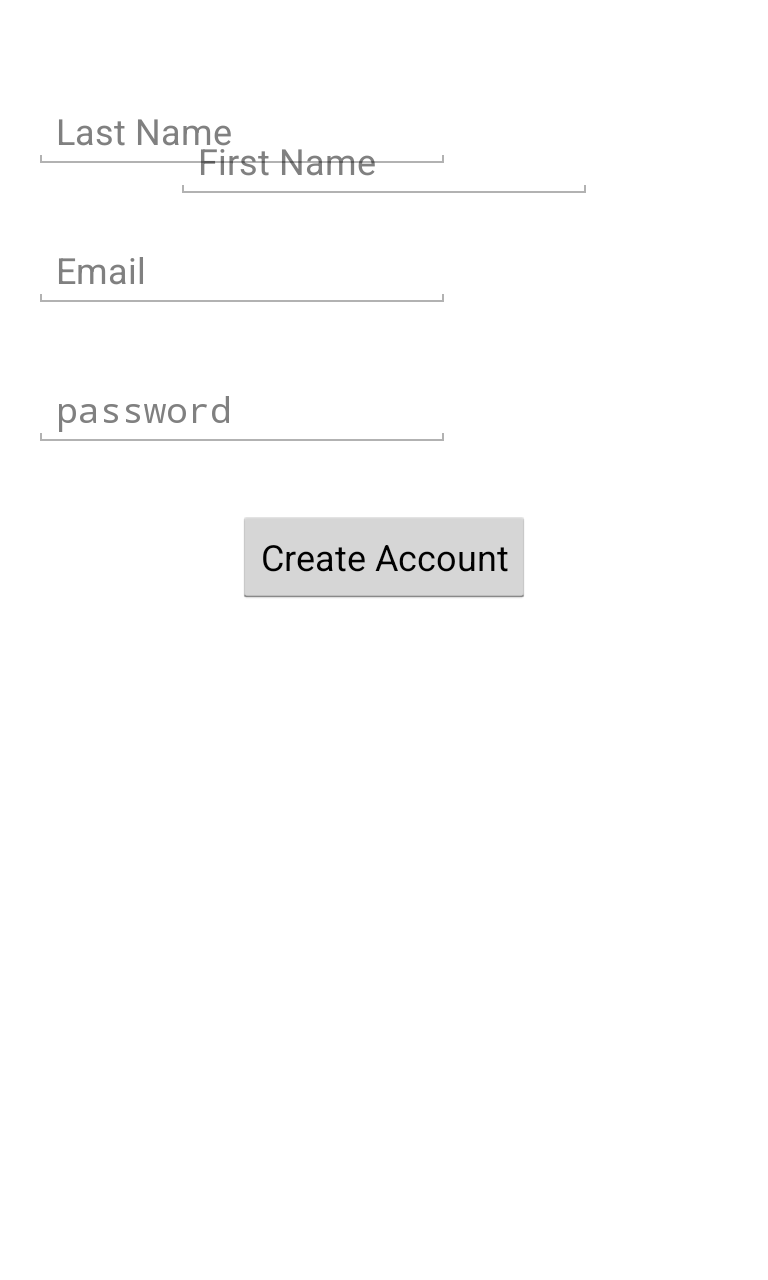
Repository: NarenPamza/Android_Template
Layout: LastNightParty/res/layout/activity_create_new_account.xml
An editor plug-in stored every save of this project. The layout is shown before and after the next save, followed by the edit.
It is drawn on a 768 x 1280 px phone screen (xhdpi) without system bars, with theme AppTheme; the app's code is not run. The app's manifest (not shown) leaves right-to-left support off. So textAlignment, textDirection and layoutDirection are ignored, and left and right values win over start and end ones.

Above is the layout before, as saved 2015-12-25 14:57:45.

After the next save:
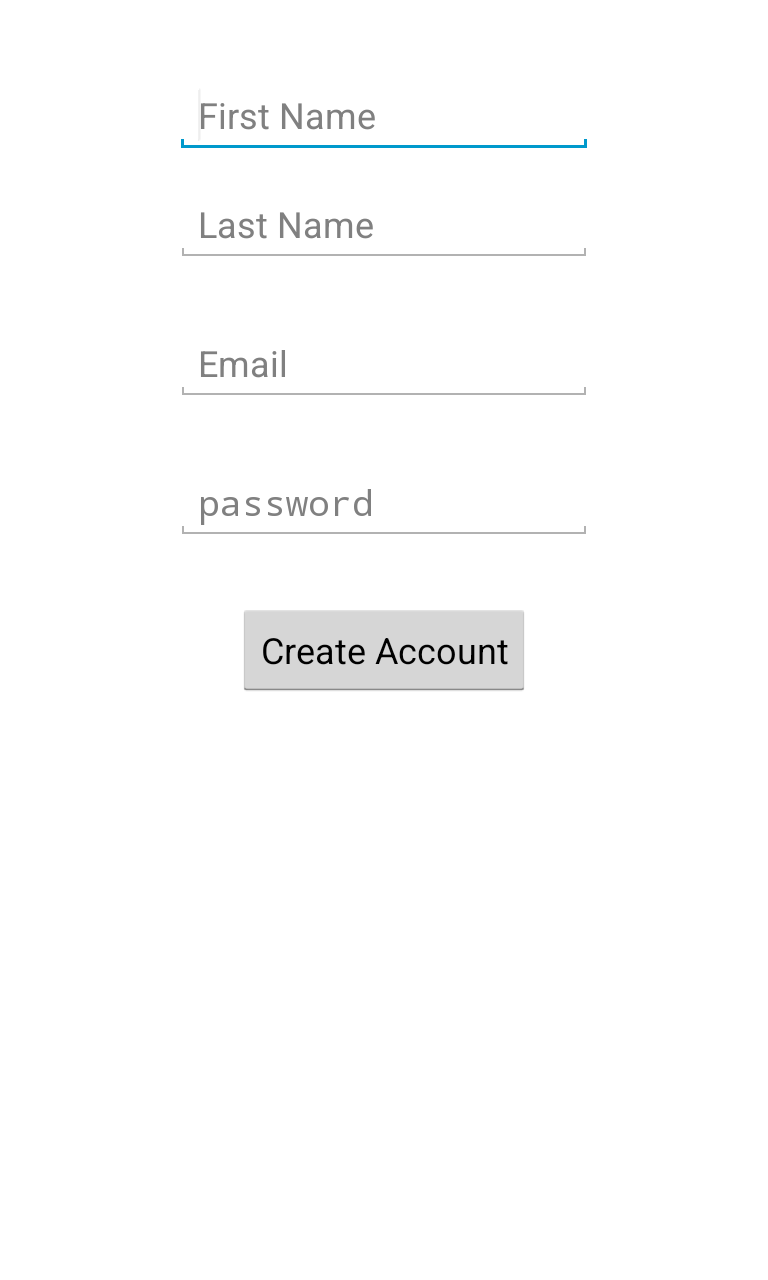
Saved 60 s later.
--- a/LastNightParty/res/layout/activity_create_new_account.xml
+++ b/LastNightParty/res/layout/activity_create_new_account.xml
@@ -7,27 +7,6 @@
     android:paddingRight="@dimen/activity_horizontal_margin"
     android:paddingTop="@dimen/activity_vertical_margin"
     tools:context="com.androidParty.lastnightparty.CreateNewAccountActivity" >
-
-    <EditText
-        android:id="@+id/first_name"
-        android:layout_width="wrap_content"
-        android:layout_height="wrap_content"
-        android:layout_alignParentTop="true"
-        android:layout_centerHorizontal="true"
-        android:layout_marginTop="45dp"
-        android:ems="10"
-        android:hint="@string/firstname"
-        android:inputType="textPersonName" />
-
-    <EditText
-        android:id="@+id/editText2"
-        android:layout_width="wrap_content"
-        android:layout_height="wrap_content"
-        android:layout_marginTop="30dp"
-        android:hint="@string/last_name"
-        android:ems="10"
-        android:inputType="textPersonName"
-        android:labelFor="@+id/editText2" />
 
     <EditText
         android:id="@+id/editText3"
@@ -62,4 +41,31 @@
         android:layout_centerHorizontal="true"
         android:layout_marginTop="30dp"
         android:text="@string/create_account" />
+
+    <EditText
+        android:id="@+id/first_name"
+        android:layout_width="wrap_content"
+        android:layout_height="wrap_content"
+        android:layout_alignParentTop="true"
+        android:layout_centerHorizontal="true"
+        android:layout_marginTop="22dp"
+        android:ems="10"
+        android:hint="@string/firstname"
+        android:inputType="textPersonName" >
+
+        <requestFocus />
+    </EditText>
+
+    <EditText
+        android:id="@+id/editText2"
+        android:layout_width="wrap_content"
+        android:layout_height="wrap_content"
+        android:layout_alignLeft="@+id/first_name"
+        android:layout_below="@+id/first_name"
+        android:layout_marginTop="15dp"
+        android:ems="10"
+        android:hint="@string/last_name"
+        android:inputType="textPersonName"
+        android:labelFor="@+id/editText2" />
+
 </RelativeLayout>
